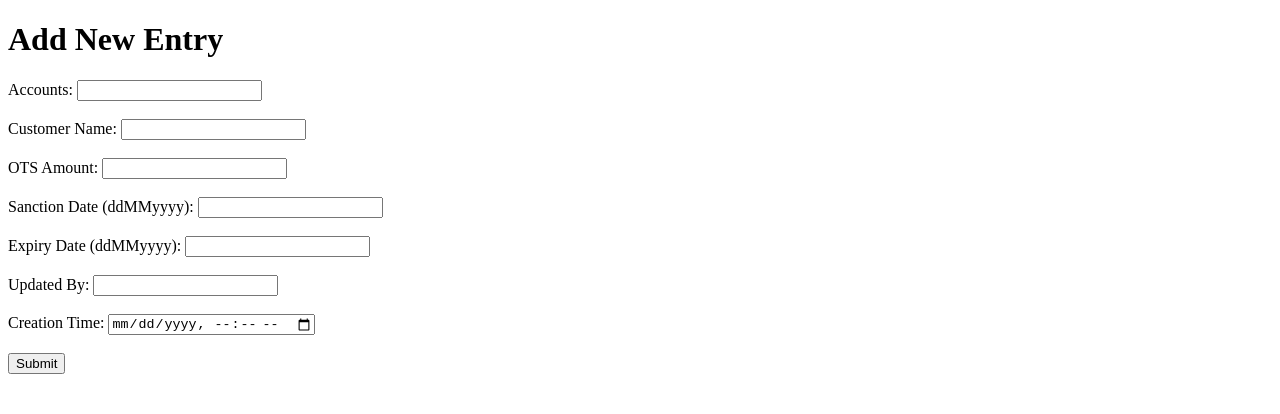
Repository: jigyasa0309/BrainvireDemos
Page: http://localhost/add-entry
An editor plug-in stored every save of this project. The page is shown before and after the next save, followed by the edit.
The browser window is 1280 px wide. The pictures show the whole page.
The page is this project's Thymeleaf template; nobody is signed in. The template is opened directly, without the code that normally fills it, so the values that code supplies are empty.

Above is the page before, as saved 2024-02-19 05:06:49.

### AdminSystem/Admin-System-1/src/main/resources/templates/add-entry.html
<!DOCTYPE html>
<html xmlns:th="http://www.thymeleaf.org">

<head>
	<meta charset="UTF-8">
	<title>Add Entry</title>
</head>

<body>
	<h1>Add New Entry</h1>
	<form action="/ots/add" method="post">
		<input type="hidden" th:name="${_csrf.parameterName}" th:value="${_csrf.token}" />
		<label for="accounts">Accounts:</label>
		<input type="text" id="accounts" name="accounts"><br><br>
		<label for="customerName">Customer Name:</label>
		<input type="text" id="customerName" name="customerName"><br><br>
		<label for="otsAmount">OTS Amount:</label>
		<input type="text" id="otsAmount" name="otsAmount"><br><br>
		<label for="sanctionDate">Sanction Date (ddMMyyyy):</label>
		<input type="text" id="sanctionDate" name="sanctionDate"><br><br>
		<label for="expiryDate">Expiry Date (ddMMyyyy):</label>
		<input type="text" id="expiryDate" name="expiryDate"><br><br>
		<label for="updatedBy">Updated By:</label>
		<input type="text" id="updatedBy" name="updatedBy"><br><br>
		<label for="creationTime">Creation Time:</label>
		<input type="datetime-local" id="creationTime" name="creationTime"><br><br>
		<input type="submit" value="Submit">
	</form>
</body>

</html>

After the next save:
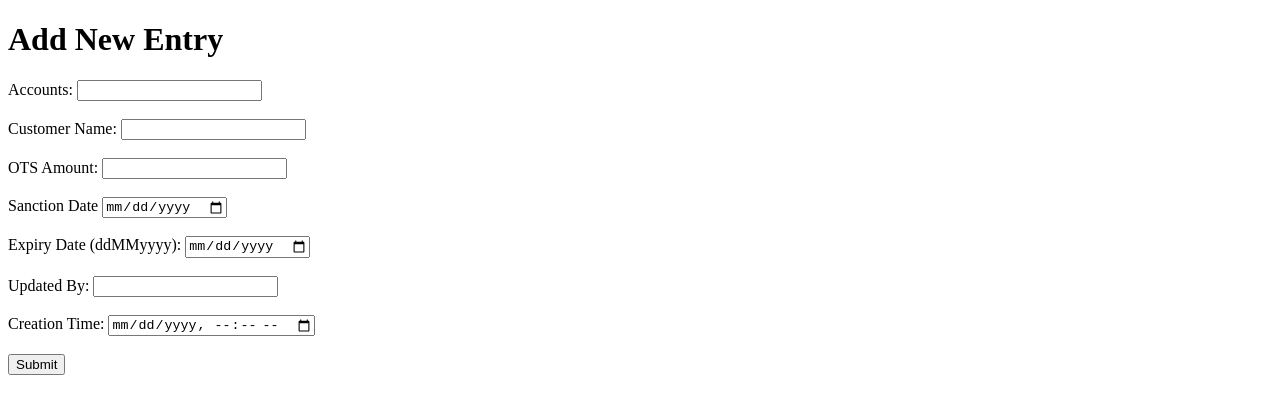
Saved 3 min 6 s later.
--- a/AdminSystem/Admin-System-1/src/main/resources/templates/add-entry.html
+++ b/AdminSystem/Admin-System-1/src/main/resources/templates/add-entry.html
@@ -16,10 +16,11 @@
 		<input type="text" id="customerName" name="customerName"><br><br>
 		<label for="otsAmount">OTS Amount:</label>
 		<input type="text" id="otsAmount" name="otsAmount"><br><br>
-		<label for="sanctionDate">Sanction Date (ddMMyyyy):</label>
-		<input type="text" id="sanctionDate" name="sanctionDate"><br><br>
+		<label for="sanctionDate">Sanction Date</label>
+		<input type="date" id="sanctionDate"placeholder="dd-mm-yyyy" value=""
+ name="sanctionDate"><br><br>
 		<label for="expiryDate">Expiry Date (ddMMyyyy):</label>
-		<input type="text" id="expiryDate" name="expiryDate"><br><br>
+		<input type="date" id="expiryDate" name="expiryDate"><br><br>
 		<label for="updatedBy">Updated By:</label>
 		<input type="text" id="updatedBy" name="updatedBy"><br><br>
 		<label for="creationTime">Creation Time:</label>
